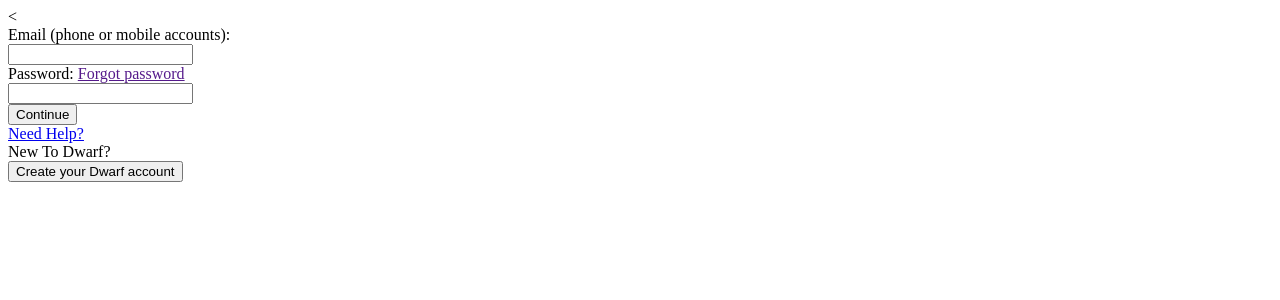
Repository: brittmarie333/replica
Page: index.html
The author's editor kept a copy of each file at every save. The page is drawn from the files as they stood at one save, then again after a run of saves.
The browser window is 1280 px wide. The pictures show the whole page.

Above is the page before, as saved 2023-11-12 18:17:06.

After the next 3 saves:
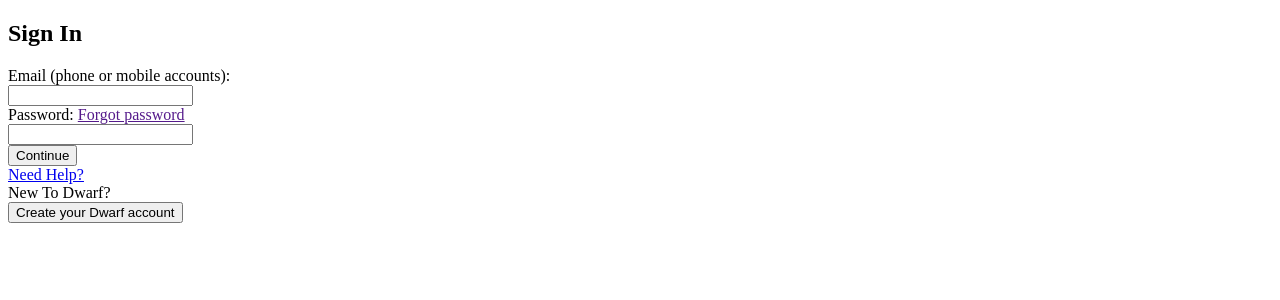
The 3 saves are shown as one change because they came seconds apart.
The last was saved 57 s later.
--- a/index.html
+++ b/index.html
@@ -6,7 +6,7 @@
     <title>Log in</title>
 </head>
 <body>
-    <
+    <h2>Sign In</h2>
     <form action="/data.php">
         <label for="username">Email (phone or mobile accounts):</label><br>
         <input type="text" id="fname" name="fname"><br>
